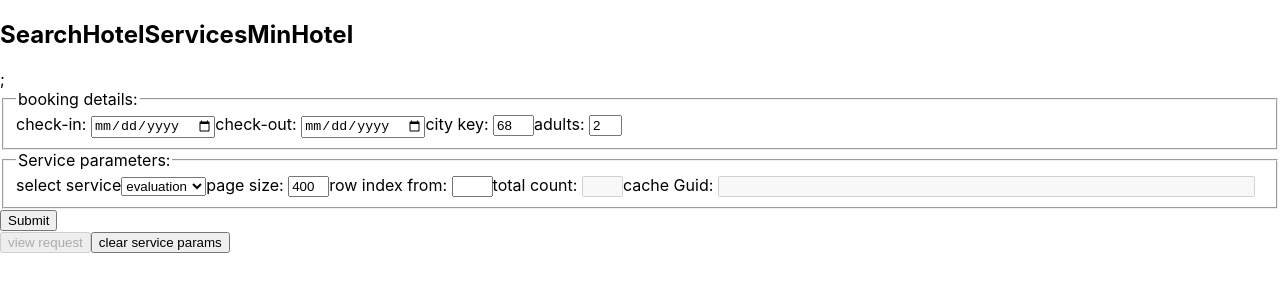
Repository: vsterev/il-test
Page: /min-price
The author's editor kept a copy of each file at every save. The page is drawn from the files as they stood at one save, then again after a run of saves.
The browser window is 1280 px wide. The pictures show the whole page.
The project was rebuilt for these pictures with package versions that can differ from the ones it lists, and the page was loaded fresh each time. A package was used in the major version that the imports need, not the one package.json lists. Also part of the build but not shown: src/components/error/index.jsx.

Above is the page before, as saved 2021-04-28 07:43:46.

After the next 3 saves:
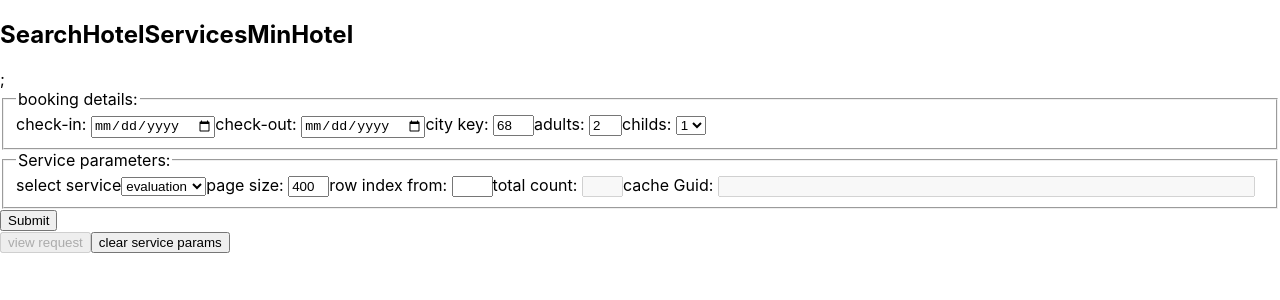
The 3 saves are shown as one change because they came seconds apart.
The last was saved 34 min 23 s later.
--- a/src/components/minPrice/index.jsx
+++ b/src/components/minPrice/index.jsx
@@ -82,6 +82,11 @@ const MinPrice = () => {
             value={details.adults}
             onChange={(e) => setDetails({ ...details, adults: e.target.value })}
           />
+          <label htmlFor="childsNum">childs: </label>
+          <select value="" id="childsNum">
+            <option value="1">1</option>
+            <option value="2">2</option>
+          </select>
         </fieldset>
         <fieldset>
           <legend>Service parameters:</legend>
